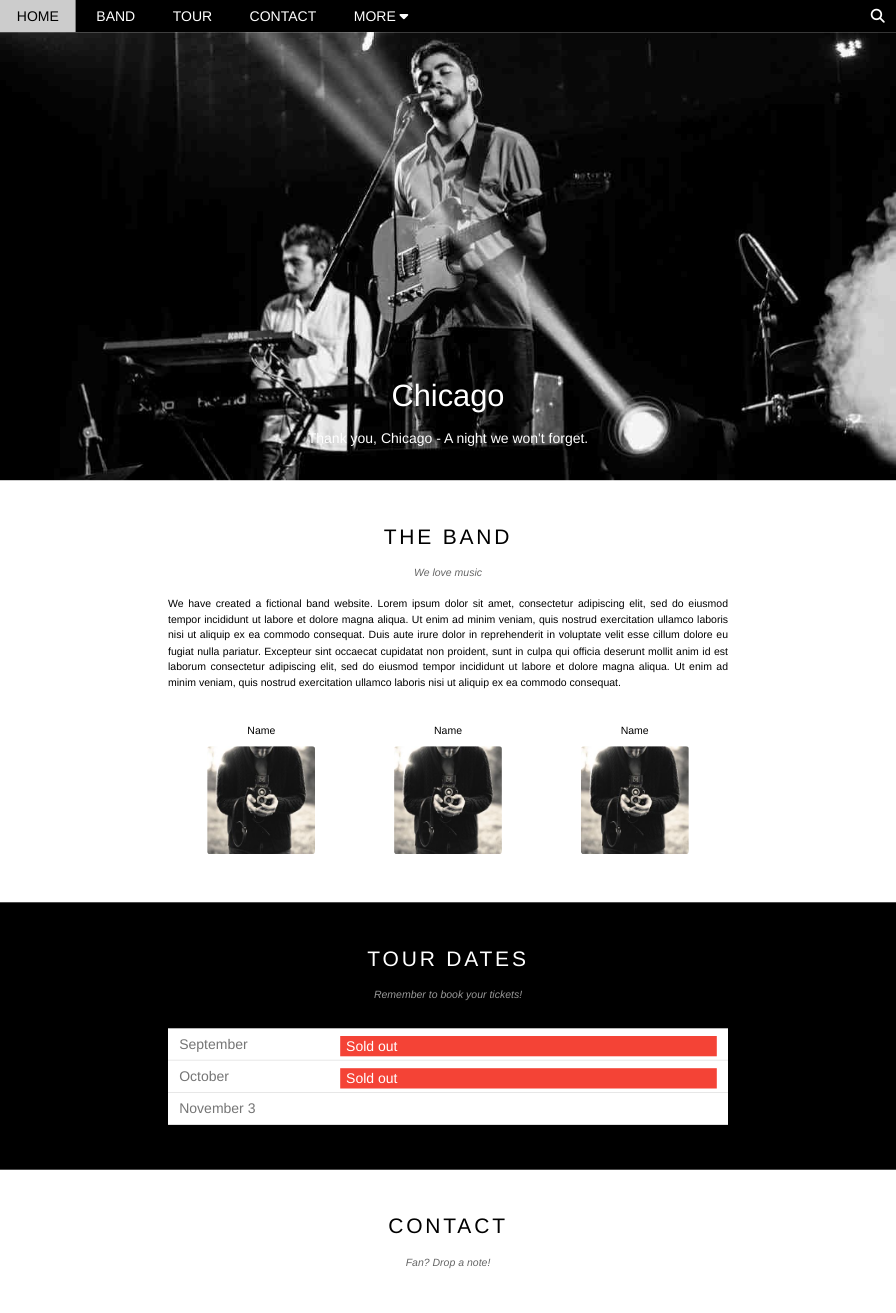
Repository: nugort/nugort.github.io
Page: f8/the-band/index.html
These files come from the project's save history. The page is drawn as it stood at one moment and after the next save; the edit follows.
The browser window is 1280 px wide. The pictures show the whole page, at 70% of full size.
Some web libraries are served in a nearby version.

Above is the page before, as saved 2022-02-08 04:37:48.

### f8/the-band/index.html
<!DOCTYPE html>
<html lang="en">

<head>
    <meta charset="UTF-8">
    <meta http-equiv="X-UA-Compatible" content="IE=edge">
    <meta name="viewport" content="width=device-width, initial-scale=1.0">
    <title>Document</title>
    <script src="https://kit.fontawesome.com/28e152e343.js" crossorigin="anonymous"></script>
    <link rel="stylesheet" href="./assets/css/styles.css">
</head>

<body>
    <div id="main">
        <!-- Header -->
        <div id="header">

            <!-- Navigation -->
            <ul id="nav">
                <li>
                    <a href="#">Home</a>
                </li>

                <li>
                    <a href="#">Band</a>
                </li>

                <li>
                    <a href="#">Tour</a>
                </li>

                <li>
                    <a href="#">Contact</a>
                </li>

                <li>
                    <a href="#">More <i class="fas fa-caret-down"></i></a>
                    <ul class="subnav">
                        <li>
                            <a href="#">Merchandise</a>
                        </li>

                        <li>
                            <a href="#">Extras</a>
                        </li>

                        <li>
                            <a href="#">Media</a>
                        </li>
                    </ul>
                </li>
            </ul>

            <!-- Search -->
            <div class="nav-search">
                <a href="#"><i class="nav-search-icon fas fa-search"></i></a>
            </div>
        </div>

        <!-- Slider -->
        <div id="slider">
            <div class="slider-text">
                <h3 class="slider-text-title">
                    Chicago
                </h3>
                <p class="slider-text-dsc">
                    Thank you, Chicago - A night we won't forget.
                </p>
            </div>
        </div>

        <!-- Content -->
        <div id="content">
            <!-- About -->
            <div class="content-section">
                <h2 class="content-section-title">
                    The Band
                </h2>
                <p class="content-section-slogan">
                    We love music
                </p>
                <p class="about-content-section content">We have created a fictional band website. Lorem ipsum dolor sit
                    amet, consectetur adipiscing elit, sed do eiusmod tempor incididunt ut labore et dolore magna
                    aliqua. Ut enim ad minim veniam, quis nostrud exercitation ullamco laboris nisi ut aliquip ex ea
                    commodo consequat. Duis aute irure dolor in reprehenderit in voluptate velit esse cillum dolore eu
                    fugiat nulla pariatur. Excepteur sint occaecat cupidatat non proident, sunt in culpa qui officia
                    deserunt mollit anim id est laborum consectetur adipiscing elit, sed do eiusmod tempor incididunt ut
                    labore et dolore magna aliqua. Ut enim ad minim veniam, quis nostrud exercitation ullamco laboris
                    nisi ut aliquip ex ea commodo consequat.</p>
                <div class="band-members">
                    <div class="member">
                        <p class="member-name">Name</p>
                        <img src="./assets/img/band-members/bandmember.jpg" alt="Name" class="member-avt">
                    </div>

                    <div class="member">
                        <p class="member-name">Name</p>
                        <img src="./assets/img/band-members/bandmember.jpg" alt="Name" class="member-avt">
                    </div>

                    <div class="member">
                        <p class="member-name">Name</p>
                        <img src="./assets/img/band-members/bandmember.jpg" alt="Name" class="member-avt">
                    </div>
                    <div class="clear"></div>
                </div>
            </div>

            <!-- Tour -->
            <div class="tour-section">
                <div class="content-section text-white">
                    <h2 class="content-section-title text-white">
                        TOUR DATES
                    </h2>
                    <p class="content-section-slogan">
                        Remember to book your tickets!
                    </p>

                    <ul class="tickets-list">
                        <li>September <span class="sold-out">Sold out</span></li>
                        <li>October <span class="sold-out">Sold out</span></li>
                        <li>November <span class="tickets-left">3</span></li>
                    </ul>
                </div>
            </div>

            <!-- Contact -->
            <div class="content-section">
                <h2 class="content-section-title">
                    CONTACT
                </h2>
                <p class="content-section-slogan">
                    Fan? Drop a note!
                </p>
            </div>
        </div>

        <div id="footer">

        </div>
    </div>
</body>

</html>

### f8/the-band/assets/css/styles.css
/* 3 kiểu dùng css
- inline (phèn)
- internal (cũng phèn)
-external (đúng đúng đúng) */

/* Các đơn vị hay dùng
* Absolute units
- px
- pt
- cm
- mm
- inch
- picture

* Relative units
- %
- rem (bằng kích cỡ chữ của thẻ html - mặc định là 16px)
- em  (bằng kích cỡ chữ của thẻ cha chứa nó gần nhất có set font-size)
- vw (chiều rộng bằng chiều ngang của màn hình hiển thị)
- vh (chiều cao bằng chiều dọc của màn hình hiển thị) */

/* Hàm trong css
- var(): gọi biến vào
- linearGradient()
- rgba()
- rgb
- calc(): tính toán
- attr() */

/* Pseudo-classes (lớp giả) */

:root {
    --text-color: #FFFFFF;
    --background-color: #00171F;
    --button-color: #003459;
    --other-color: #007EA7;
    --button-2nd-color: #00A8E8;
    --nav-heigh: 46px;
}  /* Đặt biến giống trong ngôn ngữ lập trình khác thôi =))) */

* {
    box-sizing: border-box;
    margin: 0;
    padding: 0;
} /* reset css */

html {
    font-family: Helvetica, sans-serif;
    font-size: 20px;
}
/*
Chọn cùng lúc nhiều Class, ID đưa qua css
Bôi đen điểm chung -> CTRL +  SHIFT + L -> Mũi tên qua phải ( > ) -> CTRL + SHIFT + ( > ) -> CTRL + C
-> Qua file css paste -> ALT + CLICK  -> # -> CTRL + ( > ) -> {}
 */

/*
1. Làm từ ngoài vào trong
2. Làm từ trên xuống dưới
3. Từ tổng quan đến chi tiết
*/

/*
1. Vị trí (Vị trí các phần; Header, Content, ...)
2. Kích thước
3. Màu sắc
4. Styles (Fonts chữ, tròn, vuông, ...)
*/

/*
Chiếc web này gồm
1. Header (Done)
    1.1. Navigation (Done)
    1.2. Search button  (Done)
2. Slider (Done)
3. Content
    3.1. About
    3.2. Tour
    3.3. Contact
    3.4. Img
4. Footer
*/

.clear {
    content: " ";
    clear: both;
}

.text-white {
    color: #FFF !important;
}

#main{

}

#header{
    position: fixed;
    top: 0px;
    left: 0px;
    right: 0px;
    background-color: black;
    height: var(--nav-heigh);
    z-index: 1;
}

#nav {
    display: inline-block;
}

#nav, .subnav {
    list-style-type: none;
}

#nav > li {
    display: inline-block;
}

#nav  li {
    position: relative;
}

#nav > li > a {
    color: #FFFFFF;
    text-transform: uppercase;
}

#nav li a {
    text-decoration: none;
    line-height: var(--nav-heigh);
    padding: 0px 24px;
    /* padding: 12px 24px; */
}

#nav > li:hover .subnav {
    display: block;
}

#nav > li:hover > a {
    display: inline-block;
    color: #000;
    background-color: #CCC;
}

#nav .subnav {
    display: none;
    position: absolute;
    top: 100%;
    left: 0px;
    background-color: #FFF;
    color: #000;
    box-shadow: 0 0 10px rgba(0, 0, 0, 0.3);
}

#nav .subnav a {
    display: block;
    color: #000;
    min-width: 160px;
    padding: 0px 12px;
    line-height: 38px ;
}

#nav .subnav li:hover a {
    color: #000;
    background-color: #CCC;
}

#header .nav-search {
    display: inline-block;
    float: right;
    line-height: var(--nav-heigh);
    padding: 0px 16px ;
}

#header .nav-search a {
    color: #FFF;
}

#header .nav-search:hover {
    background-color: #F44336 !important;
    cursor: pointer;
}

#slider {
    /* background-color: #CCC;
    height: 1000px; */
    position: relative;
    margin-top: var(--nav-heigh);
    padding-top: 50%;
    background: url('/the-band/assets/img/slider-1/chicago.jpg') top center / cover, no-repeat;
    /* https://youtu.be/BmkVXoKoqVA?t=640 */
}

#slider .slider-text{
    color: #FFF;
    position: absolute;
    bottom: 48px;
    /* left: 50%;
    transform: translateX(-50%); */

    /* left: 0px;
    right: 0px; */

    width: 100%;
    text-align: center;
}

#slider .slider-text-title{
    font-size: 220%;
    font-weight: 500;
    font-style: 24px;
    margin-bottom: 25px;
}

#slider .slider-text-dsc{
    font-style: 15px;
}


#content {

}

#content .content-section {
    width: 800px;
    margin: auto;
    padding: 64px 0px;
}

#content .content-section-title {
    font-weight: 500;
    font-size: 30px;
    text-transform: uppercase;
    letter-spacing: 4px;

}

#content .content-section-slogan {
    font-style: italic;
    font-size: 15px;
    margin-top: 25px;
    opacity: 0.6;
}

#content .about-content-section.content {
    font-size: 15px;
    margin-top: 25px;
    text-align: justify;
    line-height: 1.5;
}

#content .content-section-title,
#content .content-section-slogan {
    text-align: center;
}

#content .band-members{
    margin-top: 48px;
}

#content .member {
    text-align: center;
    float: left;
    width: calc(100% / 3);
}

#content .member-name {
    font-size: 15px;
}

#content .member-avt {
    margin-top: 15px;
    width: 154px;
    border-radius: 4px;
}


.tour-section {
    background-color: #000;
}

.tickets-list {
    margin-top: 40px;
    color: #000;
    background-color: #FFF;
}

.tickets-list li {
    list-style: none;
    color: #757575;
    font: 15px;
    padding: 11px 16px;
    border-bottom: 1px solid #DDD;
}

.tickets-list .sold-out {
    width: 70%;
    float: right;
    display: inline-block;
    color: #FFF;
    background-color: #F44336;
    padding: 3px 8px;

}

.tickets-list .tickets-left {

}

#footer {

}

After the next save:
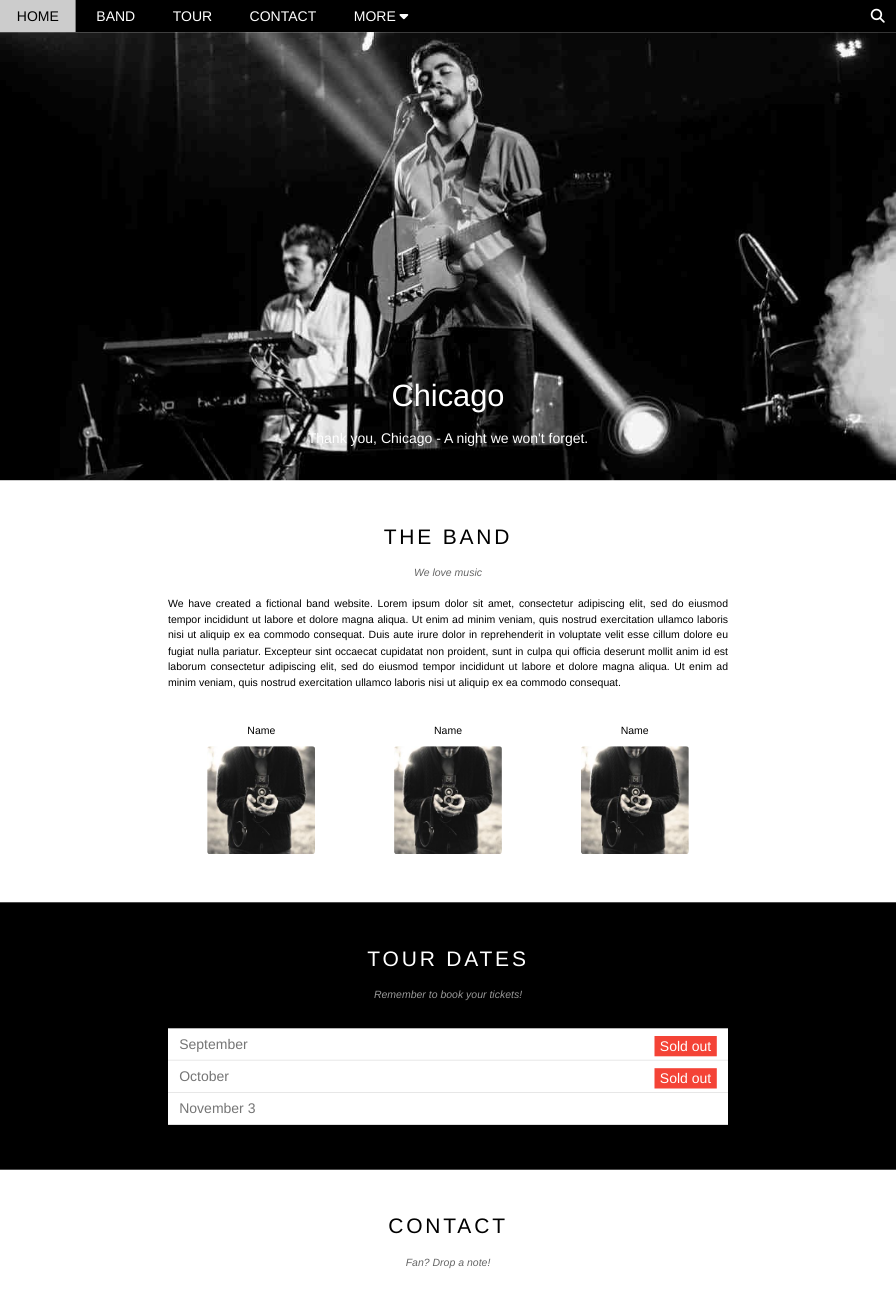
Saved 15 s later.
--- a/f8/the-band/assets/css/styles.css
+++ b/f8/the-band/assets/css/styles.css
@@ -294,7 +294,7 @@ Chiếc web này gồm
 }
 
 .tickets-list .sold-out {
-    width: 70%;
+    /* width: 70%; */
     float: right;
     display: inline-block;
     color: #FFF;
